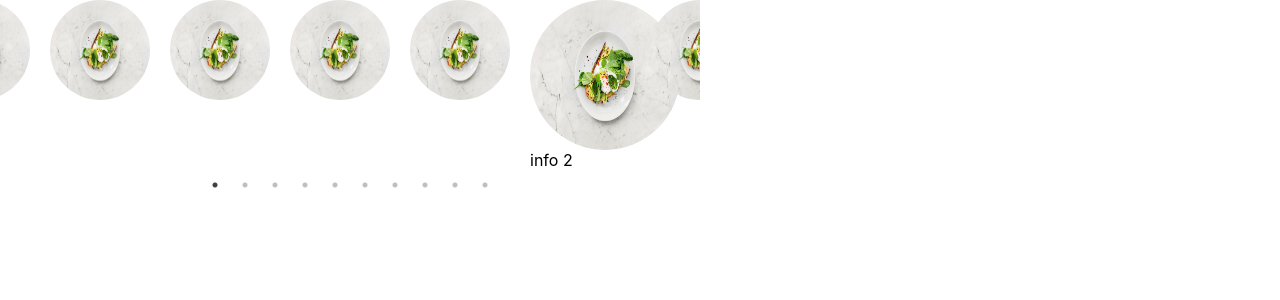
Repository: nambui98/slider
Page: /
An editor plug-in stored every save of this project. The page is shown before and after the next save, followed by the edit.
The browser window is 1280 px wide. The pictures show the whole page.
The project was rebuilt for these pictures with package versions that can differ from the ones it lists, and the page was loaded fresh each time. Also part of the build but not shown: vite.config.ts.

Above is the page before, as saved 2022-04-12 09:35:17.

After the next save:
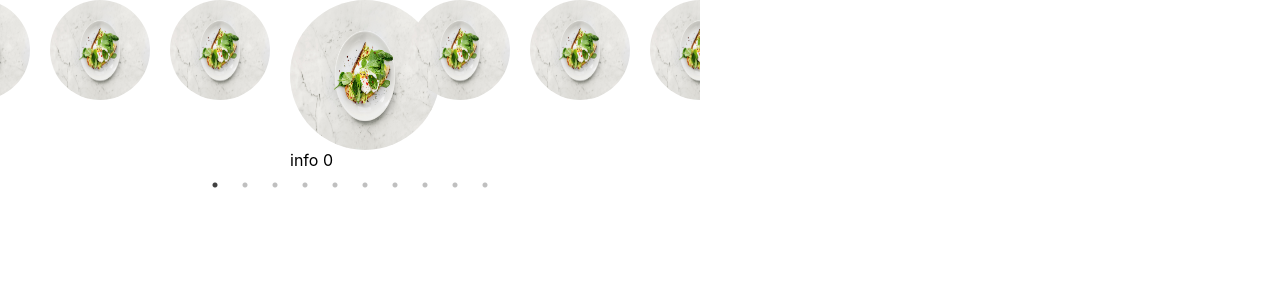
Saved 34 s later.
--- a/src/components/horizolslider/Horizolsider.tsx
+++ b/src/components/horizolslider/Horizolsider.tsx
@@ -42,7 +42,7 @@ const Item = styled.div`
     }
 `
 const Horizolsider = (props: Props) => {
-    const [activeIndex, setActiveIndex] = useState(2);
+    const [activeIndex, setActiveIndex] = useState(0);
     const overlayRef = useRef<any>();
     const settings = {
         dots: true,
